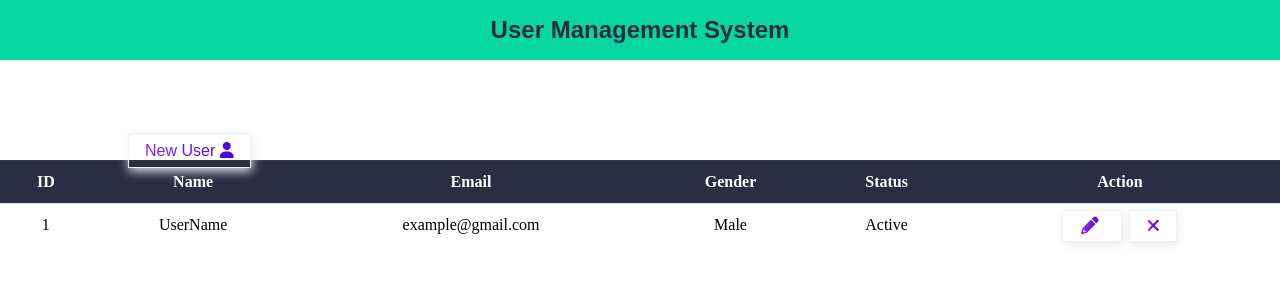
Repository: HustlingbeastAnish/CRUD-APP-
Page: views/index.html
An editor plug-in stored every save of this project. The page is shown before and after the next save, followed by the edit.
The browser window is 1280 px wide. The pictures show the whole page.
Some web fonts or font styles are not loaded; a fallback is used.

Above is the page before, as saved 2022-10-06 22:19:27.

### views/index.html
<!DOCTYPE html>
<html lang="en">
  <head>
    <meta charset="UTF-8" />
    <meta http-equiv="X-UA-Compatible" content="IE=edge" />
    <meta name="viewport" content="width=device-width, initial-scale=1.0" />
    <title>Document</title>
    <link
      rel="stylesheet"
      href="https://cdnjs.cloudflare.com/ajax/libs/font-awesome/6.2.0/css/all.min.css"
      integrity="sha512-xh6O/CkQoPOWDdYTDqeRdPCVd1SpvCA9XXcUnZS2FmJNp1coAFzvtCN9BmamE+4aHK8yyUHUSCcJHgXloTyT2A=="
      crossorigin="anonymous"
      referrerpolicy="no-referrer"
    />

    <link rel="stylesheet" href="/assets/css/style.css" />
  </head>
  <body>
    <!-- Header  -->
    <header id="header">
      <nav>
        <div class="container">
          <div class="text-center">
            <a href="/" class="nav-brand text-dark">User Management System</a>
          </div>
        </div>
      </nav>
    </header>
    <!-- /Header  -->

    <!-- Main Site  -->
    <main id="site-main">
      <div class="container">
        <div class="box-nav d-flex-justify-between">
          <a href="/add-user" class="border-shadow">
            <span class="text-gradient">
              New User <i class="fa-solid fa-user"></i>
            </span>
          </a>
        </div>
      </div>
    </main>

    <!-- Form Handling  -->
    <form action="/" method="POST">
      <table class="table">
        <thead class="thead-dark">
          <tr>
            <th>ID</th>
            <th>Name</th>
            <th>Email</th>
            <th>Gender</th>
            <th>Status</th>
            <th>Action</th>
          </tr>
        </thead>
        <tbody>
          <tr>
            <td>1</td>
            <td>UserName</td>
            <td>example@gmail.com</td>
            <td>Male</td>
            <td>Active</td>
            <td>
              <a href="#" class="btn border-shadow update">
                <span class="text-gradient">
                  <i class="fa-solid fa-pencil"></i>
                </span>
              </a>
              <a href="#" class="btn border-shadow delet">
                <span class="text-gradient">
                  <i class="fa-solid fa-xmark"></i>
                </span>
              </a>
            </td>
          </tr>
        </tbody>
      </table>
    </form>

    <!-- /Form Handling -->
    <!-- /Main Site  -->
  </body>
</html>

### assets/css/style.css
@import url("https://fonts.googleapis.com/css2?family=Barlow&family=PT+Sans&display=swap");

:root {
  --dark: #2b2d42;
  --light: #adb5bd;
  --border: #dee2e6;
  --border-btn: #edf2f4;
}

* {
  padding: 0;
  margin: 0;
  box-sizing: border-box;
}

a {
  text-decoration: none;
  font-family: "PT Sans", sans-serif;
}

.container {
  max-width: 1024px;
  margin: auto;
}

.nav-brand {
  font-size: 1.5em;
  font-weight: bold;
}

.d-flex {
  display: flex;
  flex-wrap: wrap;
}

.justify-between {
  justify-content: space-between;
}

.text-center {
  text-align: center;
}

.border-shadow {
  border: 1px solid var(--border-btn);
  box-shadow: 1px 3px 10px #e9ecef;
}

.text-dark {
  color: var(--dark);
}

.inline {
  display: inline-block;
}

.text-light {
  color: var(--light);
}

.text-gradient {
  background: linear-gradient(to right, #8e2de2, #4a00e0);
  -webkit-background-clip: text;
  background-clip: text;
  -webkit-text-fill-color: transparent;
}

#header nav {
  background-color: #06d6a0;
  padding: 1em 0;
  width: 100%;
}

#site-main {
  margin-top: 5em;
  font-family: "Barlow", sans-serif;
}

#site-main .container .box-nav > a {
  font-size: 1em;
  padding: 0.5em 1em;
}

#site-main .container form {
  margin: 2em 0;
}

table {
  border-spacing: 0px;
  width: 100%;
}

.table td,
.table th {
  padding: 0.75em;
  vertical-align: top;
  text-align: center;
  border-top: 1px solid var(--border);
}

.table td > a.btn {
  padding: 0.3em 1em;
  font-size: 1.1em;
  margin: 0 0.2em;
}

.table tr:hover {
  background-color: #06d6a0;
}

.table tr:hover td > a {
  box-shadow: none;
}

.table .thead-dark th {
  color: #fff;
  background-color: var(--dark);
  border-color: #32383e;
}

@media only screen and (max-width: 1024px) {
  table,
  thead,
  tbody,
  th,
  td,
  tr {
    display: block;
  }

  thead tr {
    position: absolute;
    top: -9999px;
    left: -9999px;
  }

  tr {
    border: 1px solid var(--border);
  }

  td {
    border: none;
    position: relative;
  }
}

After the next save:
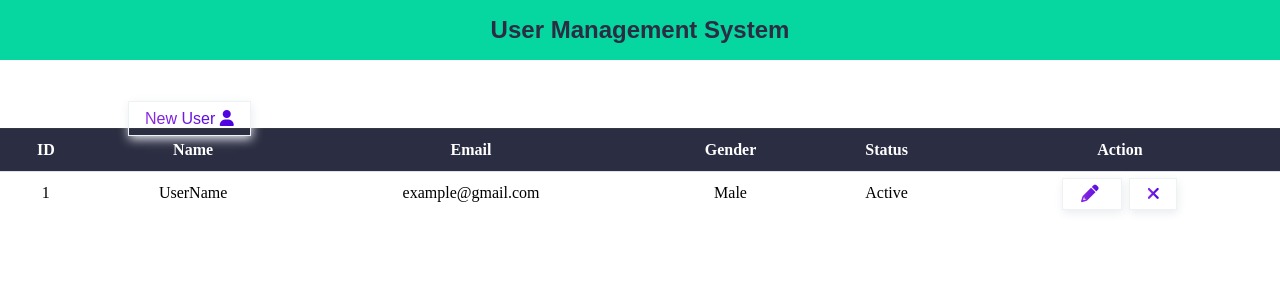
Saved 10 s later.
--- a/assets/css/style.css
+++ b/assets/css/style.css
@@ -72,7 +72,7 @@
 }
 
 #site-main {
-  margin-top: 5em;
+  margin-top: 3em;
   font-family: "Barlow", sans-serif;
 }
 

After the save that followed:
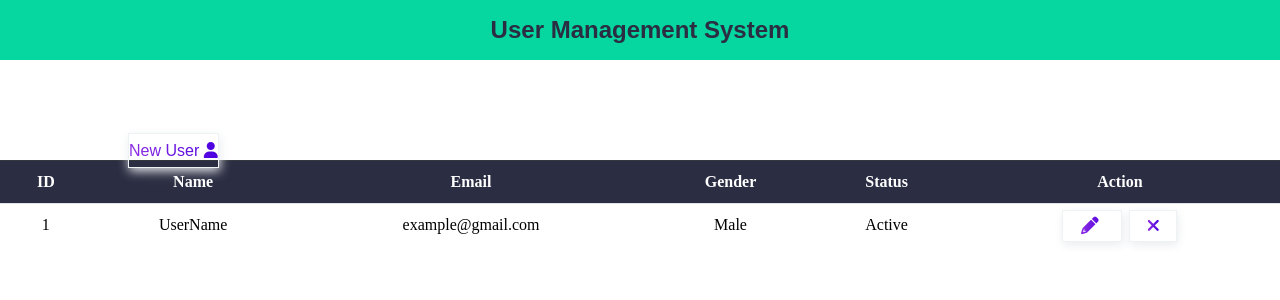
Saved 16 s later.
--- a/assets/css/style.css
+++ b/assets/css/style.css
@@ -72,13 +72,13 @@
 }
 
 #site-main {
-  margin-top: 3em;
+  margin-top: 5em;
   font-family: "Barlow", sans-serif;
 }
 
 #site-main .container .box-nav > a {
   font-size: 1em;
-  padding: 0.5em 1em;
+  padding: 0.5em 0em;
 }
 
 #site-main .container form {
